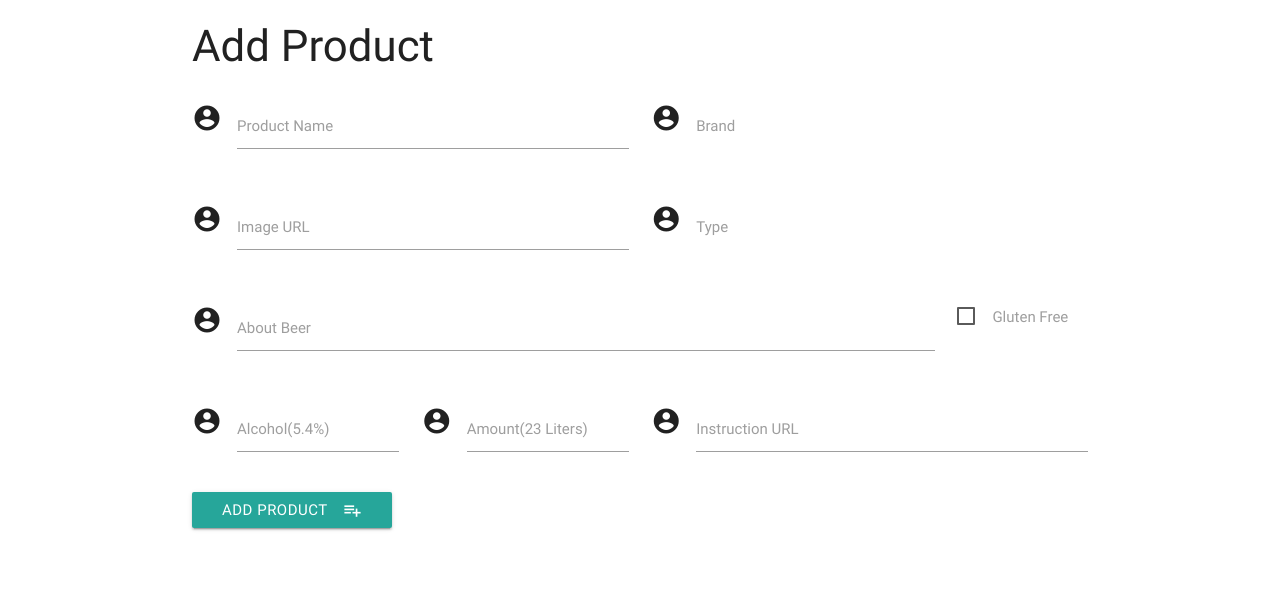
Repository: Leon2ev/lazy-brew
Page: http://localhost/add_product
The author's editor kept a record of every edit. The page is drawn from the files as they stood at one moment, then again after the next edit.
The browser window is 1280 px wide. The pictures show the whole page.
Some web libraries are served in a nearby version. The page is served by the project's application, run on Flask 3 (app.py). Queries for data that is not in the repository find no rows.

Above is the page before.

After the next edit:
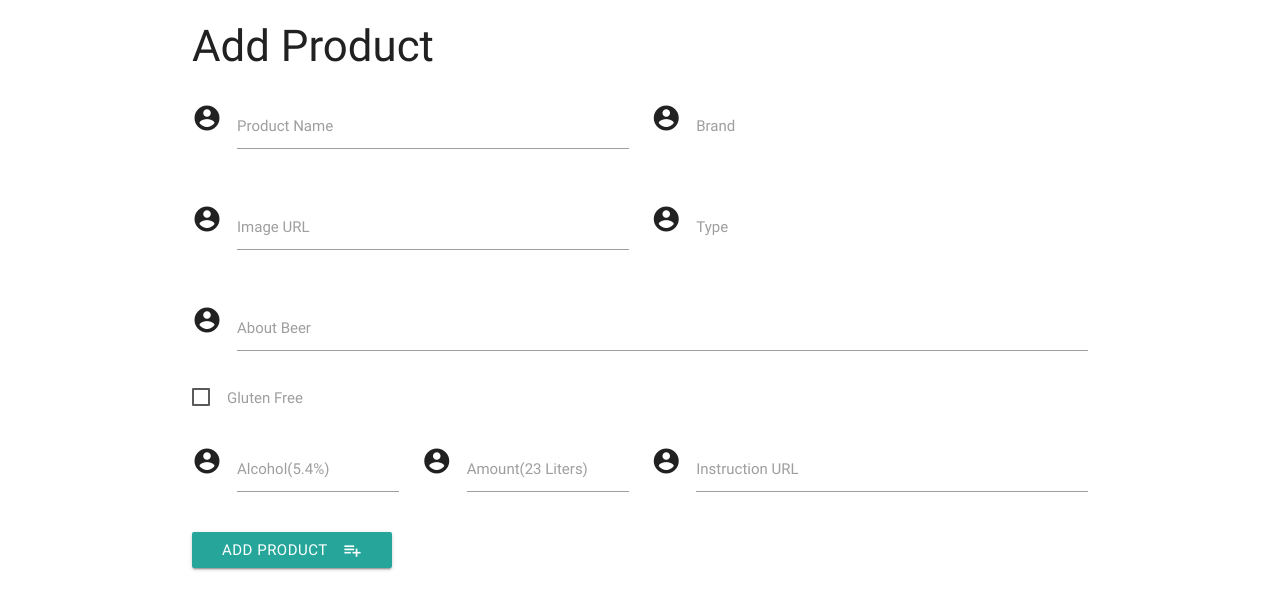
The edit:
--- a/templates/addproduct.html
+++ b/templates/addproduct.html
@@ -39,7 +39,7 @@
                         </div>
                     </div>
                     <div class="row">
-                        <div class="input-field col s12 l10">
+                        <div class="input-field col s12">
                             <i class="material-icons prefix">account_circle</i>
                             <input id="about" name="about" type="text" class="validate">
                             <label for="icon_prefix">About Beer</label>

After the edit that followed:
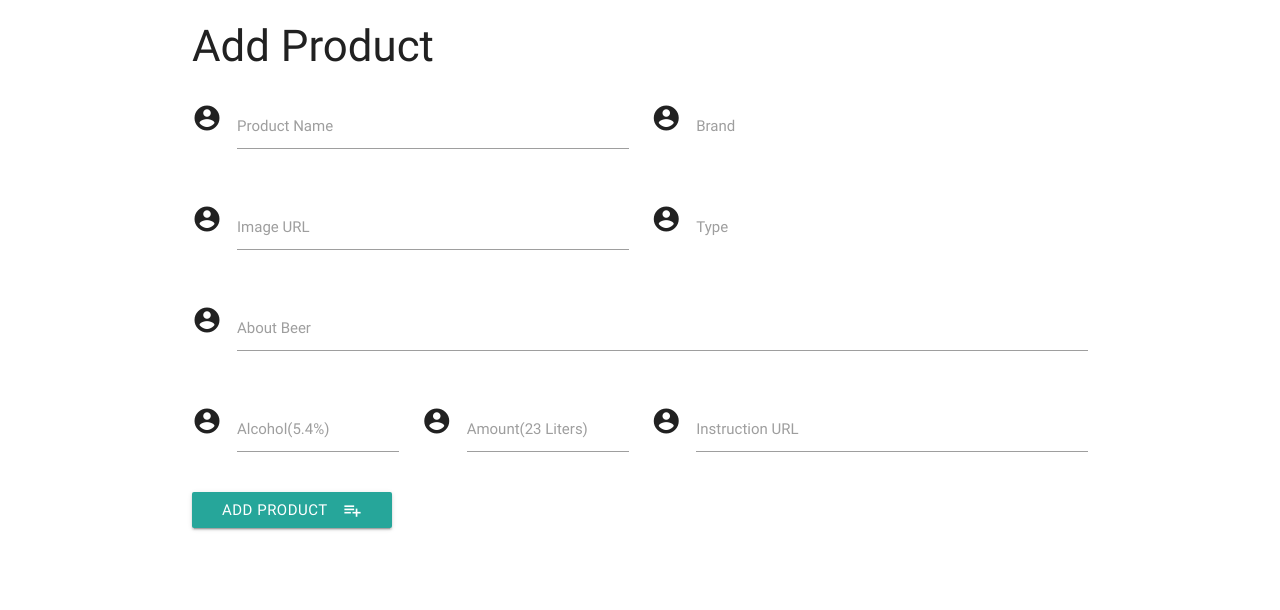
The edit:
--- a/templates/addproduct.html
+++ b/templates/addproduct.html
@@ -44,12 +44,6 @@
                             <input id="about" name="about" type="text" class="validate">
                             <label for="icon_prefix">About Beer</label>
                         </div>
-                        <div class="col s12 l2">
-                            <p>
-                                <input type="checkbox" id="gluten" name="gluten"/>
-                                <label for="gluten">Gluten Free</label>
-                            </p>
-                        </div>
                     </div>
                     <div class="row">
                         <div class="input-field col s12 l3">
